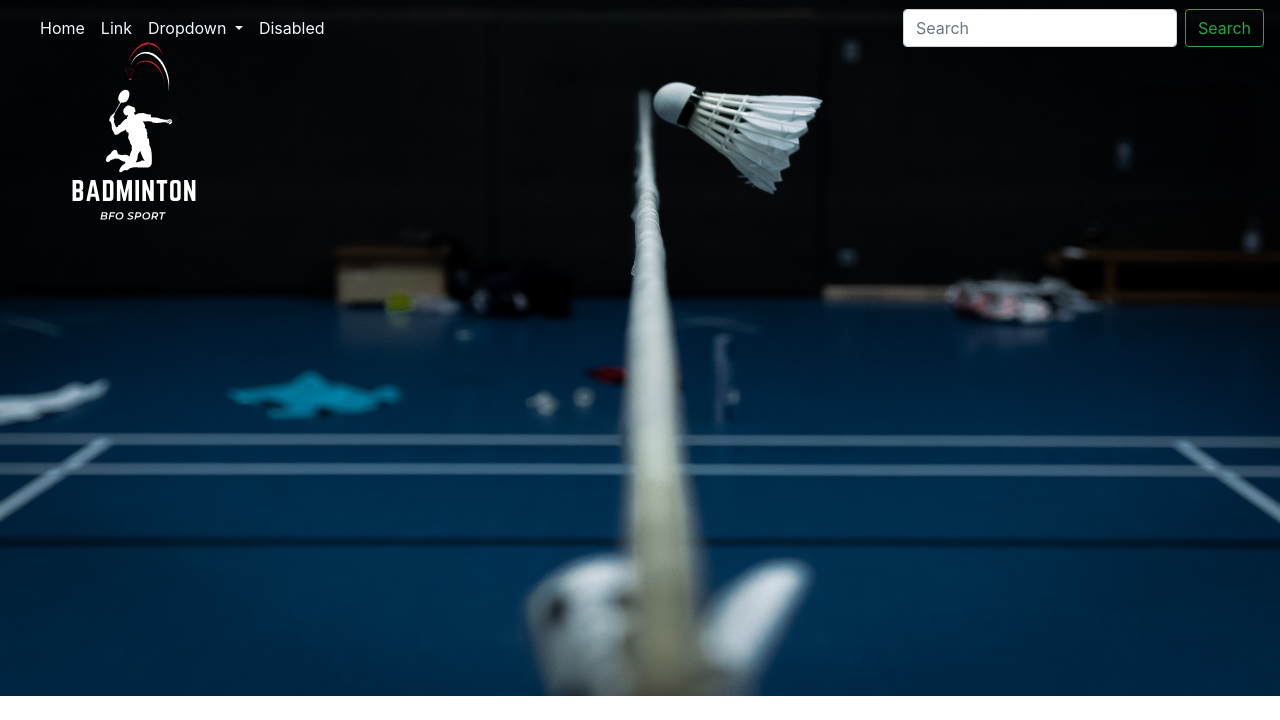
Repository: tsthuy/Badminton
Page: index.html
The author's editor kept a copy of each file at every save. The page is drawn from the files as they stood at one save, then again after the next save.
The browser window is 1280 px wide. The pictures show the whole page.
Some web libraries are served in a nearby version.

Above is the page before, as saved 2023-10-13 20:21:49.

### index.html
<!DOCTYPE html>
<html lang="en">
<head>
    <meta charset="UTF-8">
    <meta name="viewport" content="width=device-width, initial-scale=1.0">
    <link rel="stylesheet" href="https://cdn.jsdelivr.net/npm/bootstrap@4.0.0/dist/css/bootstrap.min.css" integrity="sha384-Gn5384xqQ1aoWXA+058RXPxPg6fy4IWvTNh0E263XmFcJlSAwiGgFAW/dAiS6JXm" crossorigin="anonymous">
    <link rel="stylesheet" href="main.css">

    <title>Badminton</title>
</head>
<body>

<nav class="navbar navbar-expand-lg navbar-light bg-light " style="background-color: transparent !important;
">
  <a style="color: aliceblue;" class="navbar-brand" href="#">

        <img class="logo" src="./Image/sport center (1).svg" />


  </a>
  <button class="navbar-toggler" type="button" data-toggle="collapse" data-target="#navbarSupportedContent" aria-controls="navbarSupportedContent" aria-expanded="false" aria-label="Toggle navigation">
    <span class="navbar-toggler-icon"></span>
  </button>

  <div class="collapse navbar-collapse" id="navbarSupportedContent">
    <ul class="navbar-nav mr-auto">
      <li class="nav-item active">
        <a style="color: aliceblue;" class="nav-link" href="#">Home <span class="sr-only">(current)</span></a>
      </li>
      <li class="nav-item">
        <a style="color: aliceblue;" class="nav-link" href="#">Link</a>
      </li>
      <li class="nav-item dropdown">
        <a style="color: aliceblue;" class="nav-link dropdown-toggle" href="#" id="navbarDropdown" role="button" data-toggle="dropdown" aria-haspopup="true" aria-expanded="false">
          Dropdown
        </a>
        <div style="color: aliceblue;" class="dropdown-menu" aria-labelledby="navbarDropdown">
          <a class="dropdown-item" href="#">Action</a>
          <a class="dropdown-item" href="#">Another action</a>
          <div class="dropdown-divider"></div>
          <a class="dropdown-item" href="#">Something else here</a>
        </div>
      </li>
      <li class="nav-item">
        <a style="color: aliceblue;" class="nav-link disabled" href="#">Disabled</a>
      </li>
    </ul>
    <form class="form-inline my-2 my-lg-0">
      <input class="form-control mr-sm-2" type="search" placeholder="Search" aria-label="Search">
      <button class="btn btn-outline-success my-2 my-sm-0" type="submit">Search</button>
    </form>
  </div>
</nav>
   <div class="background_cover">

    <img class="bg_img" src="./Image/stephan-rothe-VePgmkq3hHI-unsplash.jpg" alt="" style=" margin-top: -80px; height: 100vh; width: 100%;">
   </div>

</body>

<script src="https://code.jquery.com/jquery-3.2.1.slim.min.js" integrity="sha384-KJ3o2DKtIkvYIK3UENzmM7KCkRr/rE9/Qpg6aAZGJwFDMVNA/GpGFF93hXpG5KkN" crossorigin="anonymous"></script>
<script src="https://cdn.jsdelivr.net/npm/popper.js@1.12.9/dist/umd/popper.min.js" integrity="sha384-ApNbgh9B+Y1QKtv3Rn7W3mgPxhU9K/ScQsAP7hUibX39j7fakFPskvXusvfa0b4Q" crossorigin="anonymous"></script>
<script src="https://cdn.jsdelivr.net/npm/bootstrap@4.0.0/dist/js/bootstrap.min.js" integrity="sha384-JZR6Spejh4U02d8jOt6vLEHfe/JQGiRRSQQxSfFWpi1MquVdAyjUar5+76PVCmYl" crossorigin="anonymous"></script>
    </script>
</html>

### main.css
.logo
{
    width: 300px;
   position: absolute;
   left: -16px;
   top: 0;
}

After the next save:
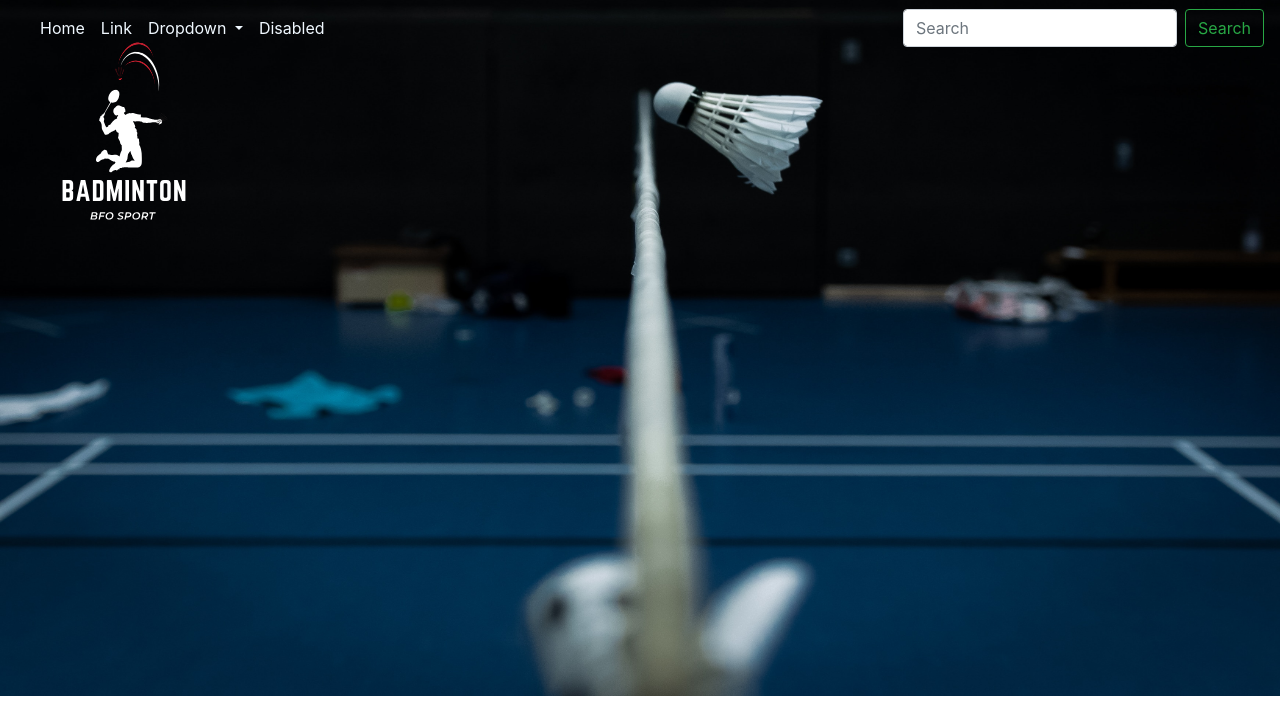
Saved 4 s later.
--- a/main.css
+++ b/main.css
@@ -2,6 +2,6 @@
 {
     width: 300px;
    position: absolute;
-   left: -16px;
+   left: -26px;
    top: 0;
 }
